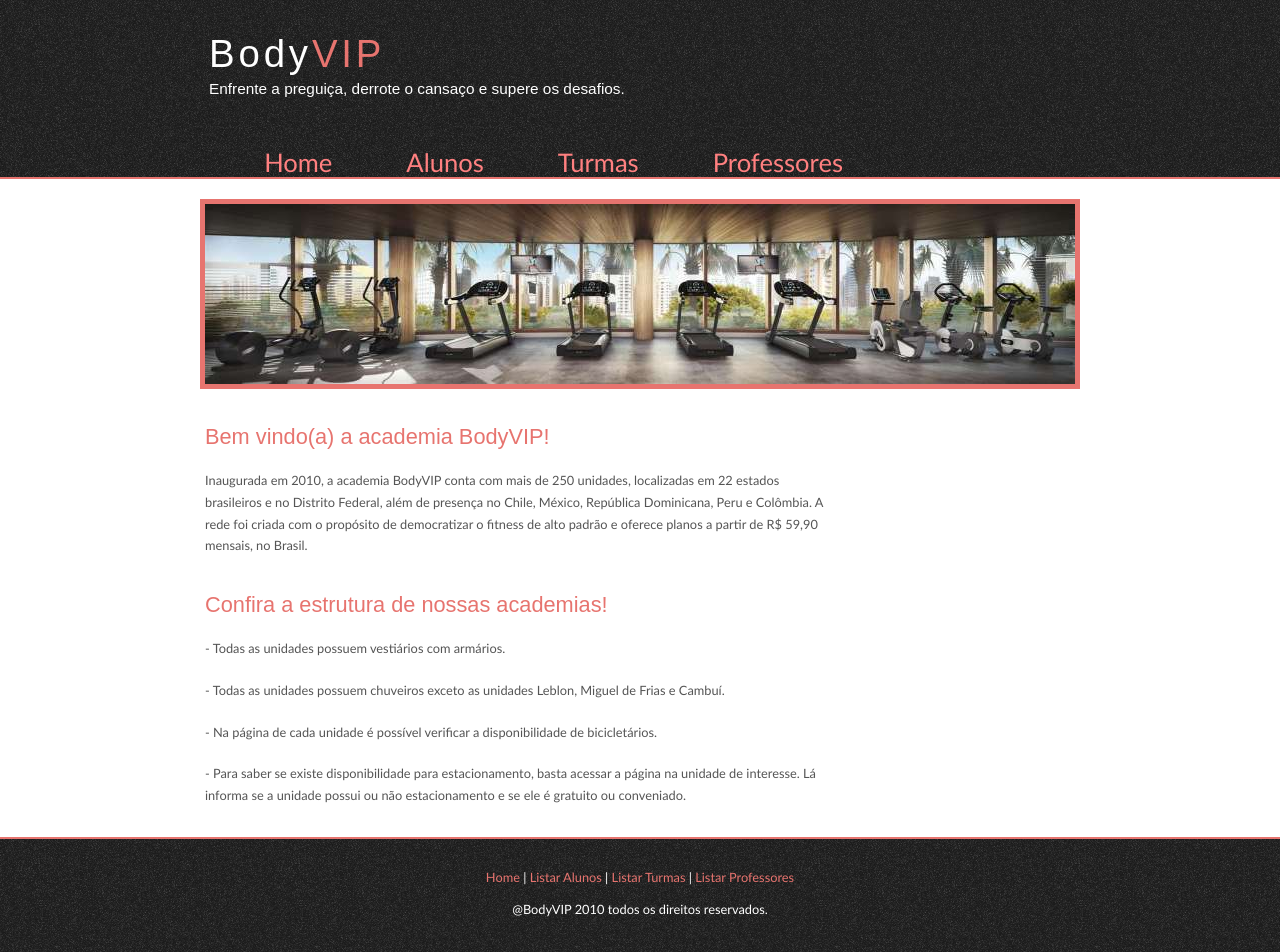
Repository: Thais-Ferreira/Projeto_bodyVIP
Page: http://localhost/BodyVIP/home.jsp
These files come from the project's save history. The page is drawn as it stood at one moment and after the next save; the edit follows.
The browser window is 1280 px wide. The pictures show the whole page.
The page is served by Tomcat 9.

Above is the page before, as saved 2017-06-21 19:13:11.

After the next save:
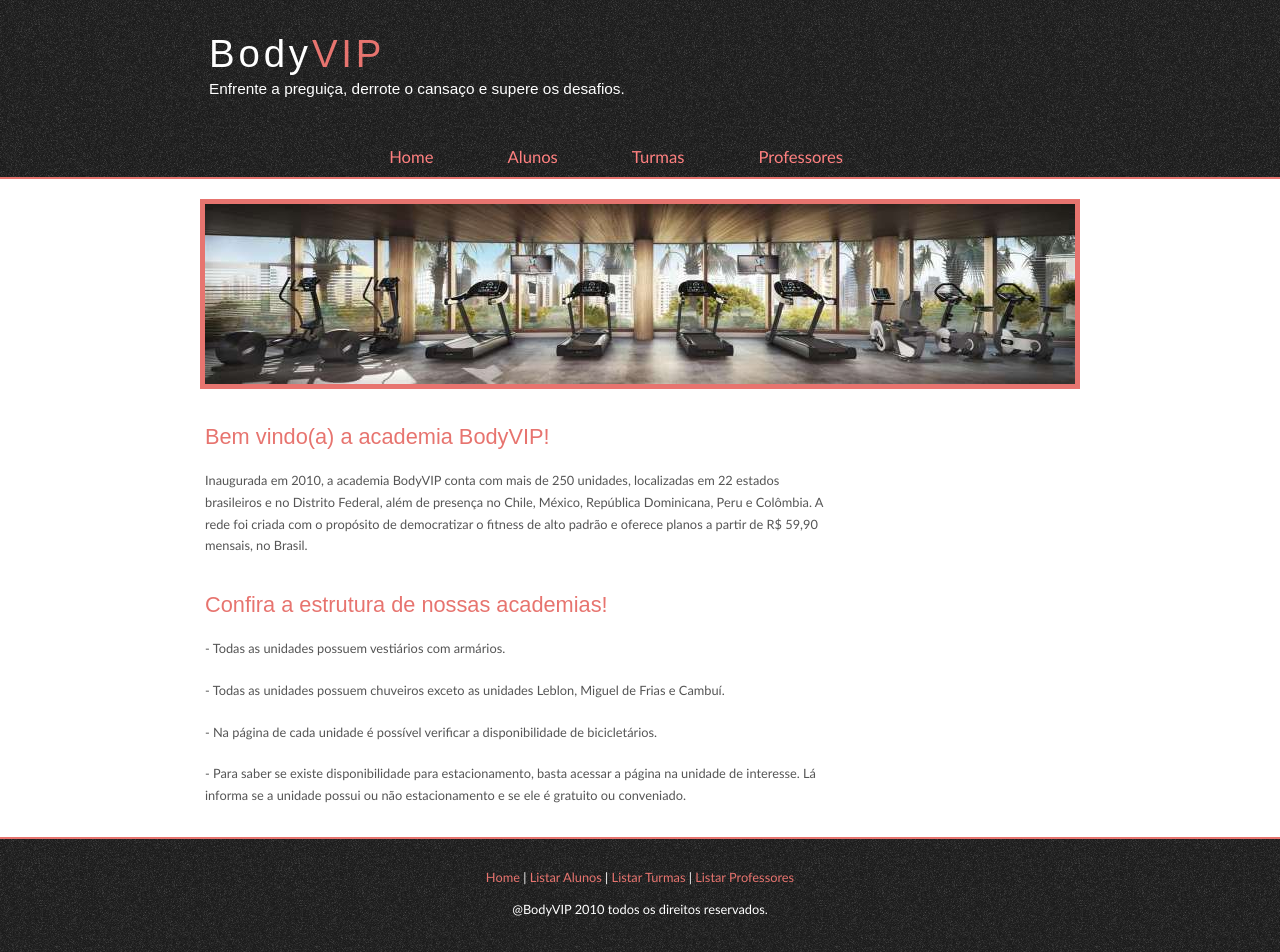
Saved 11 s later.
--- a/BodyVIP/WebContent/css/style.css
+++ b/BodyVIP/WebContent/css/style.css
@@ -354,7 +354,7 @@ table tr td
 }
 
 .menu li a{
-	font: normal 200% 'trebuchet ms', sans-serif;
+	font: normal 130% 'trebuchet ms', sans-serif;
 	display:block;
 	float: left;
   	height: 20px;
